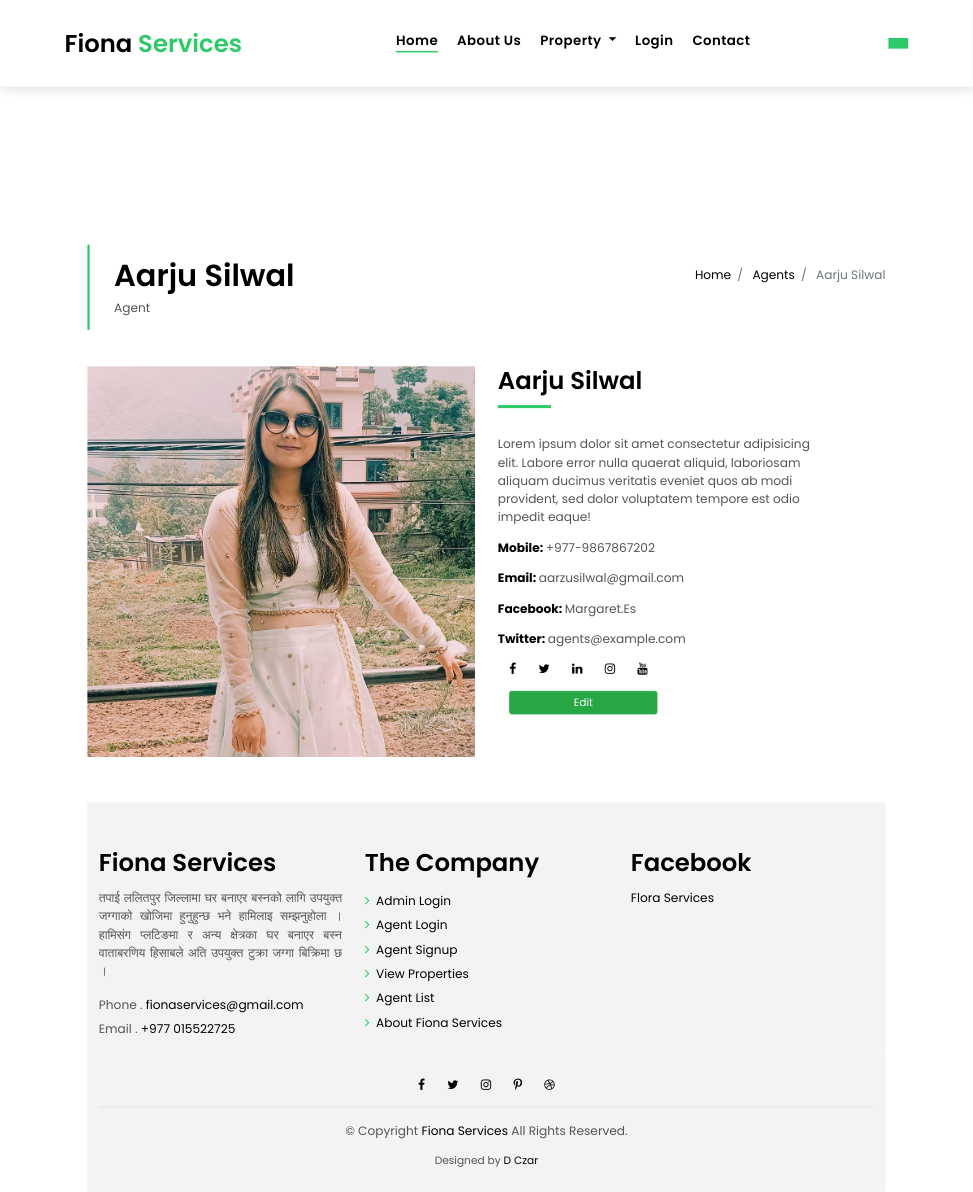
Repository: Sjuicyy/realstate
Page: profile.html
These files come from the project's save history. The page is drawn as it stood at one moment and after a run of saves; the edit follows.
The browser window is 1280 px wide. The pictures show the whole page, at 76% of full size.

Above is the page before, as saved 2022-10-15 09:57:08.

After the next 4 saves:
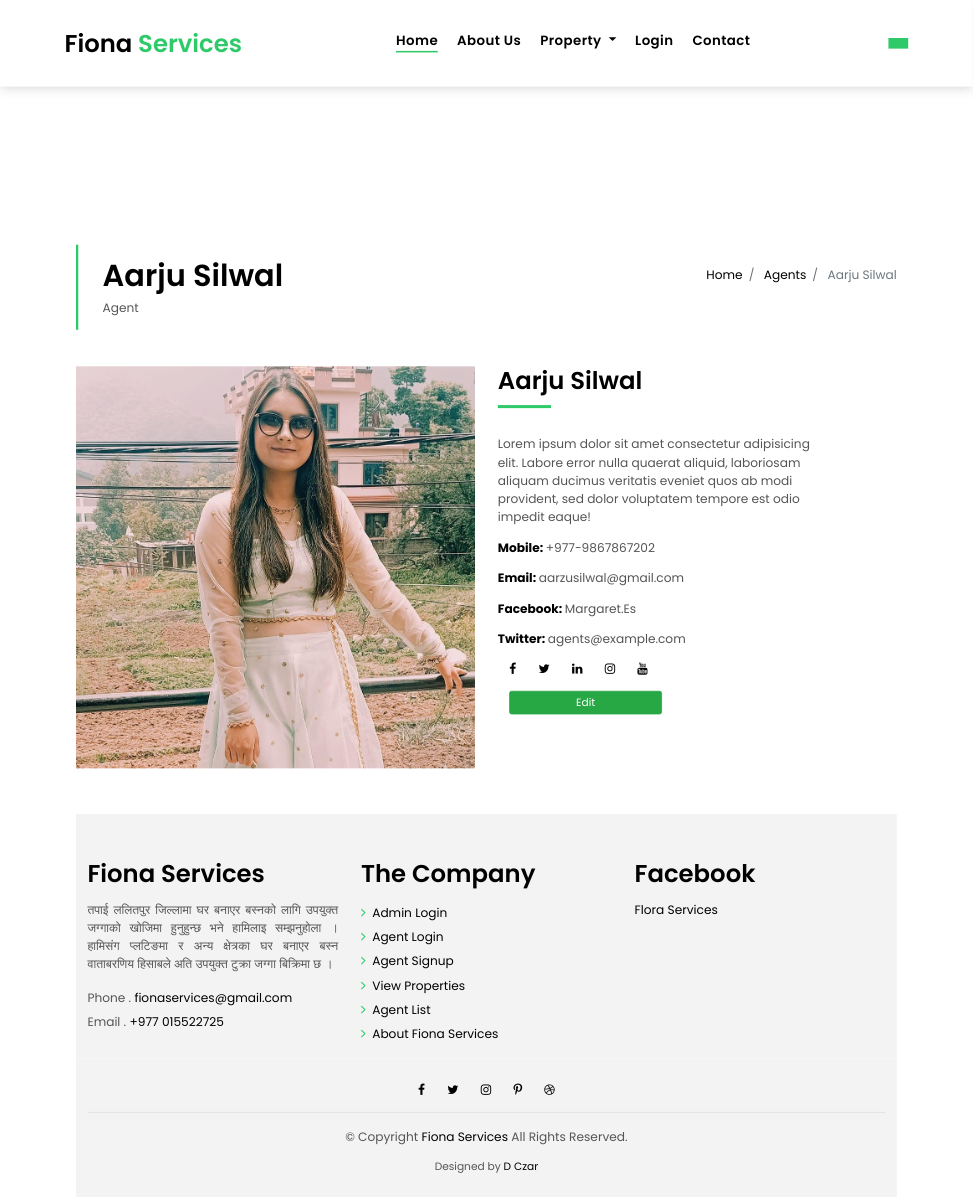
The 4 saves are shown as one change because they came seconds apart.
The last was saved 20 min 34 s later.
--- a/profile.html
+++ b/profile.html
@@ -84,11 +84,6 @@
         </div>
     </nav>
     <!--/ Nav End /-->
-
-
-
-    <div class="container" style="margin-top:130px;">
-
         <div class="container" style="margin-top:130px;">
             <!-- ======= Intro Single ======= -->
             <section class="intro-single">
